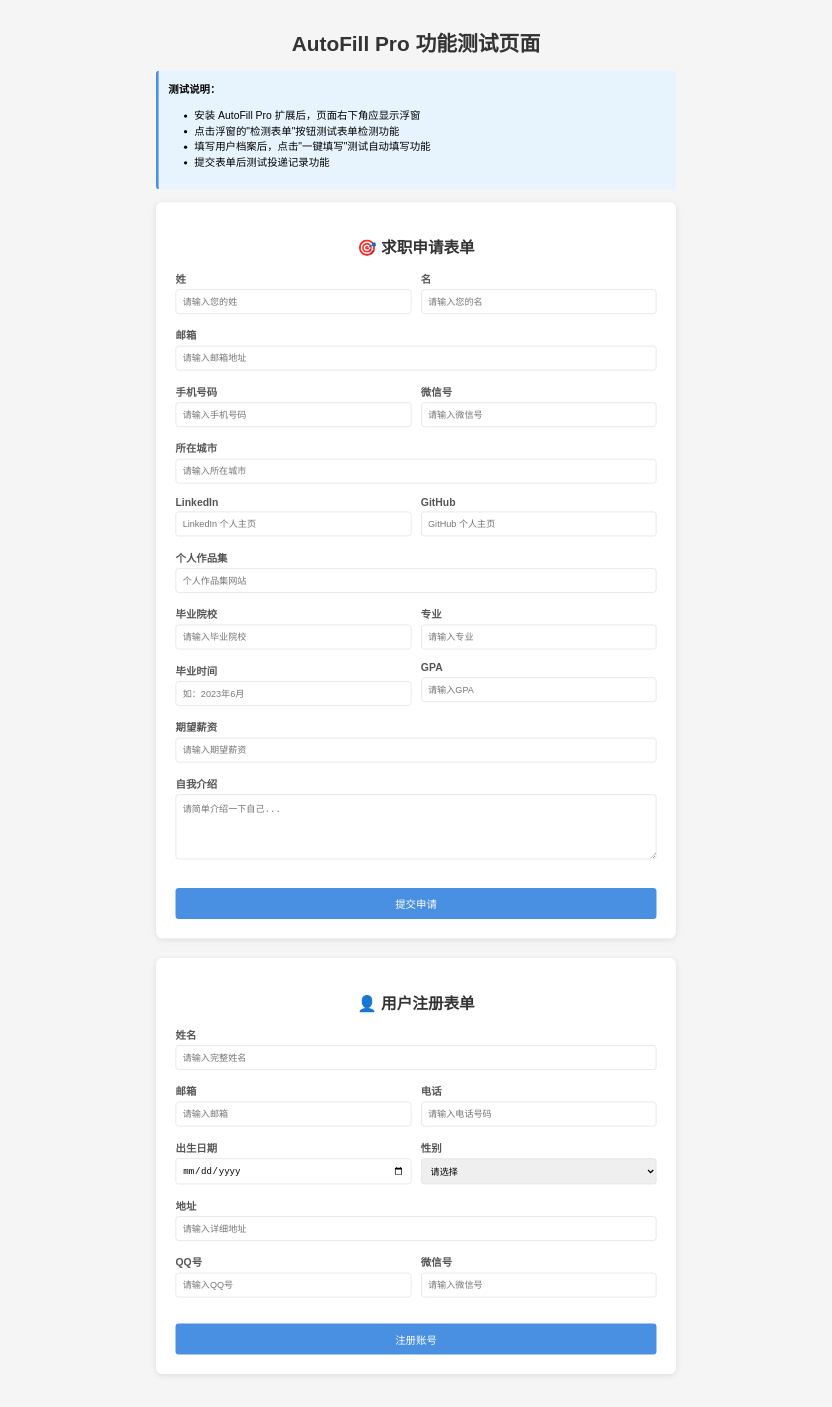
Repository: Zion74/jiancareer-chrome-main-zhn
Page: test-page.html
The author's editor kept a copy of each file at every save. The page is drawn from the files as they stood at one save, then again after a run of saves.
The browser window is 1280 px wide. The pictures show the whole page, at 65% of full size.

Above is the page before, as saved 2025-09-09 22:25:01.

After the next 3 saves:
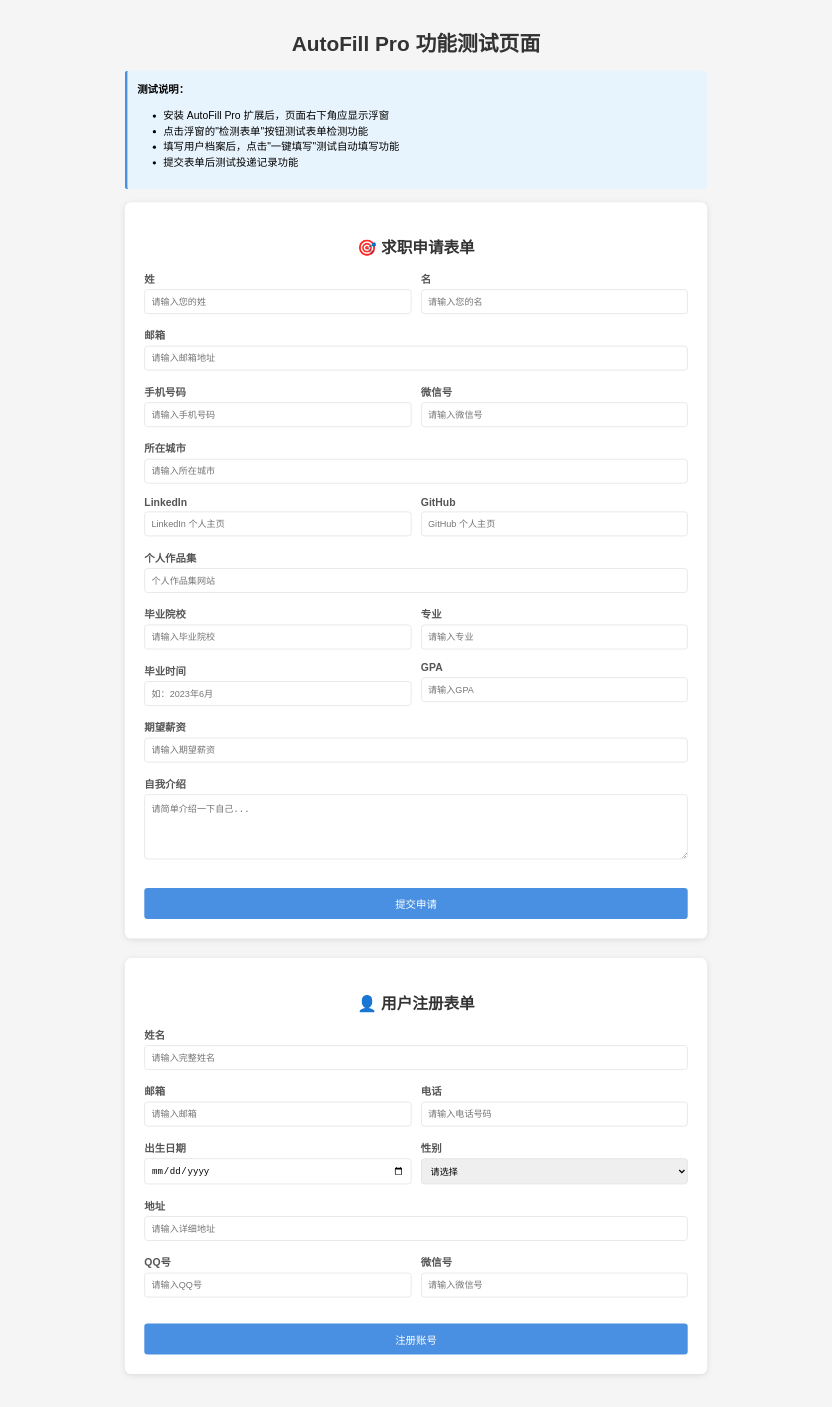
The 3 saves are shown as one change because they came seconds apart.
The last was saved 92 s later.
--- a/test-page.html
+++ b/test-page.html
@@ -7,7 +7,7 @@
     <style>
         body {
             font-family: Arial, sans-serif;
-            max-width: 800px;
+            max-width: 70%;
             margin: 0 auto;
             padding: 20px;
             background: #f5f5f5;
